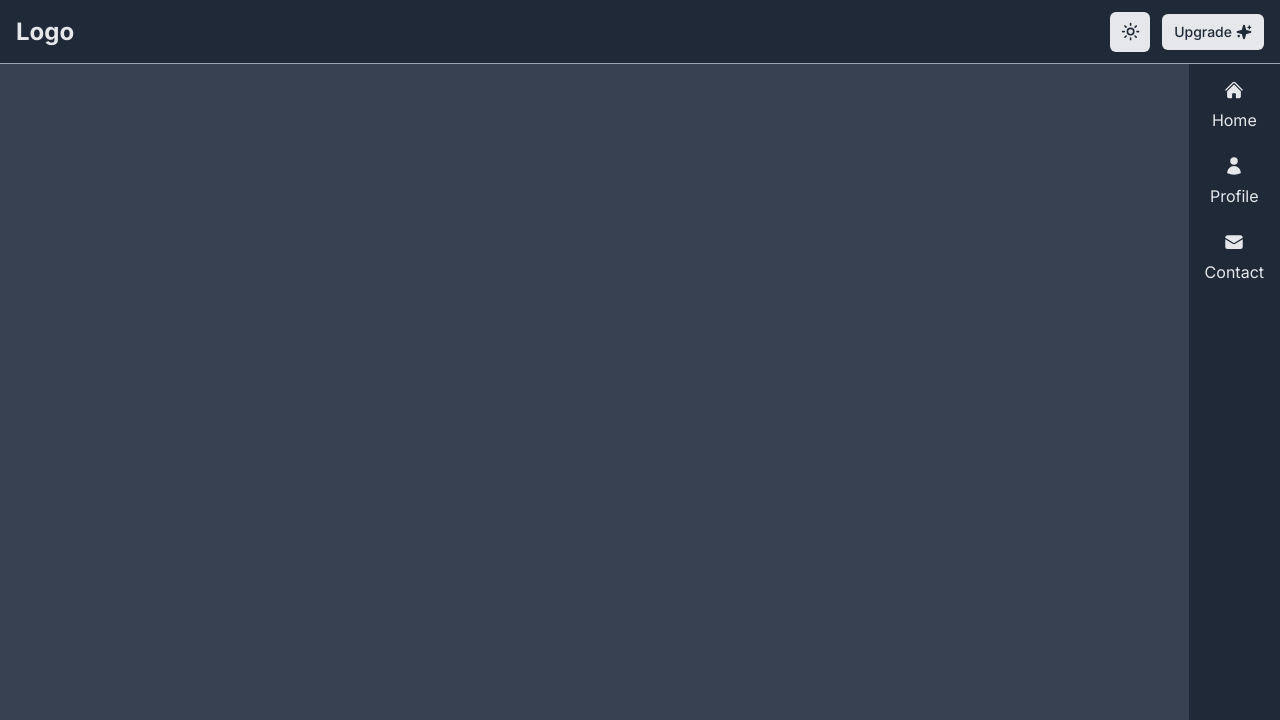
Repository: michalmilek/AI-companion-bot
Page: /
These files come from the project's save history. The page is drawn as it stood at one moment and after the next save; the edit follows.
The browser window is 1280 px wide. The pictures show the whole page.
The page's requests for data from a server got no answer. The project was rebuilt for these pictures with package versions that can differ from the ones it lists, and the page was loaded fresh each time. Some packages were replaced by stand-ins written for this rebuild. The framework's server and built-in components were replaced by stand-ins that run in the browser. No one was signed in, and anything a server would have sent is missing. Also part of the build but not shown: next.config.js.

Above is the page before, as saved 2023-10-10 18:20:50.

After the next save:
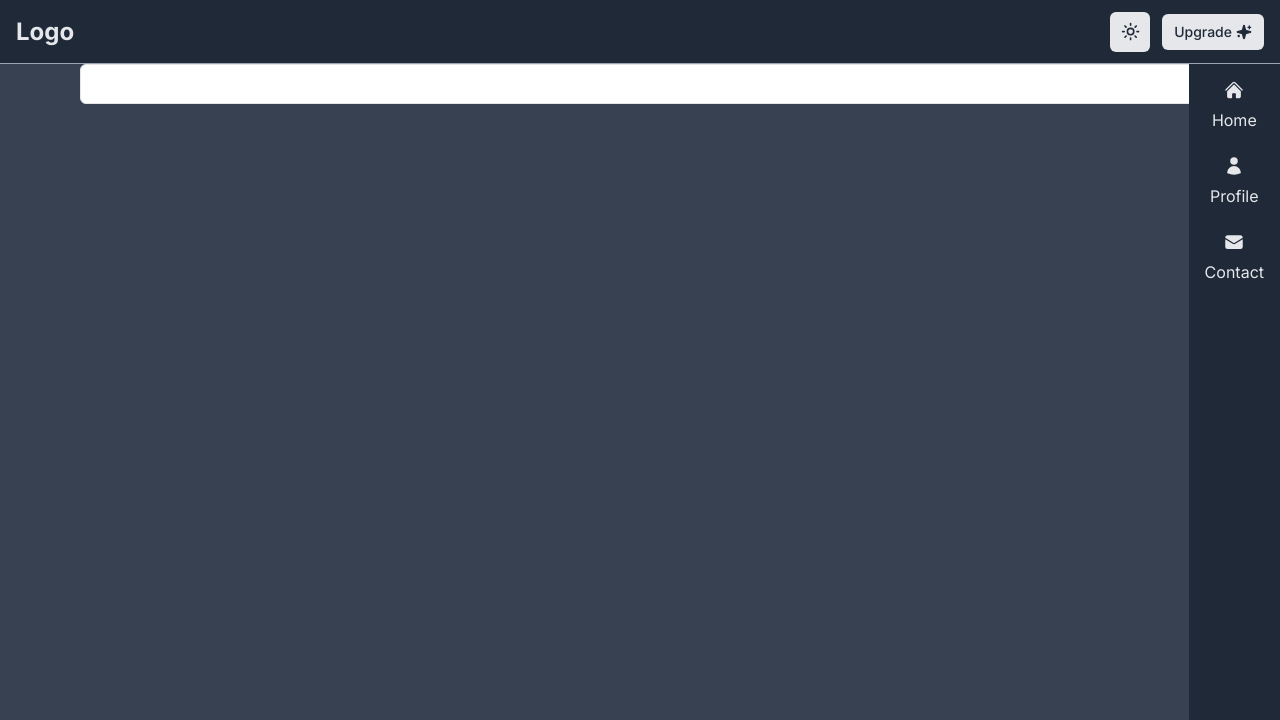
Saved 2 min 45 s later.
--- a/app/(root)/(routes)/page.tsx
+++ b/app/(root)/(routes)/page.tsx
@@ -1,10 +1,11 @@
+import { SearchInput } from "@/components/ui/search-input";
 import { UserButton } from "@clerk/nextjs";
 import React from "react";
 
 const RootPage = () => {
   return (
     <div>
-      <UserButton afterSignOutUrl="/" />
+      <SearchInput />
     </div>
   );
 };
